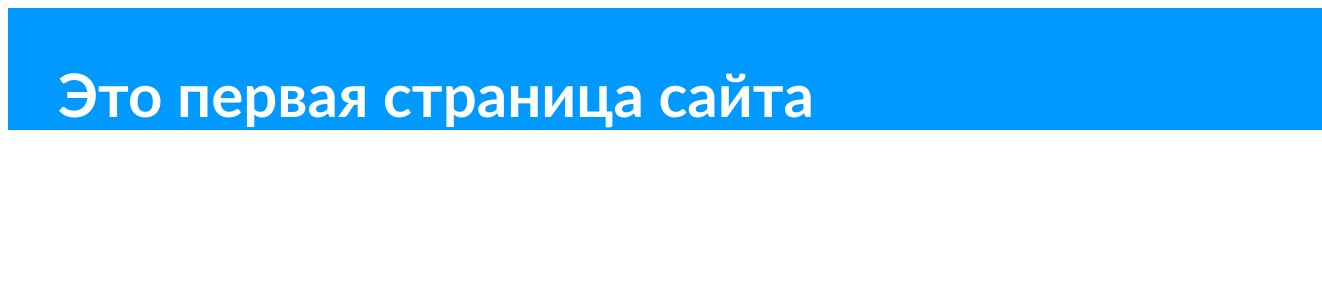
Repository: vazart-dude/EmotionMap
Page: основа.html
The author's editor kept a copy of each file at every save. The page is drawn from the files as they stood at one save, then again after a run of saves.
The browser window is 1280 px wide. The page is 1322 px wide, so the pictures cover 1322 px, including what lies to the right of the window. The pictures show the whole page.

Above is the page before, as saved 2025-04-28 21:35:33.

After the next 4 saves:
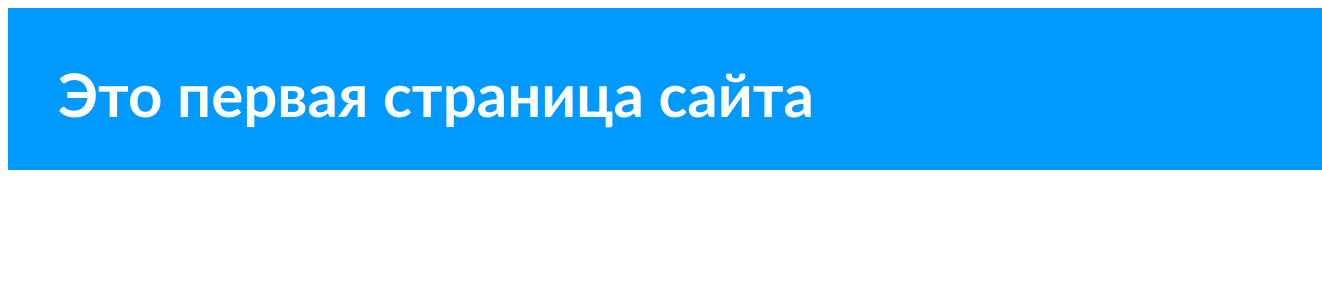
The 4 saves are shown as one change because they came seconds apart.
The last was saved 8 s later.
--- a/static/css.css
+++ b/static/css.css
@@ -7,6 +7,8 @@ header{
     font-size:30px;
     padding-left:50px;
     padding-top:10px;
-    font-weight:bold
+    font-weight:bold;
+    border-bottom:2px solid white
+
 
 }
